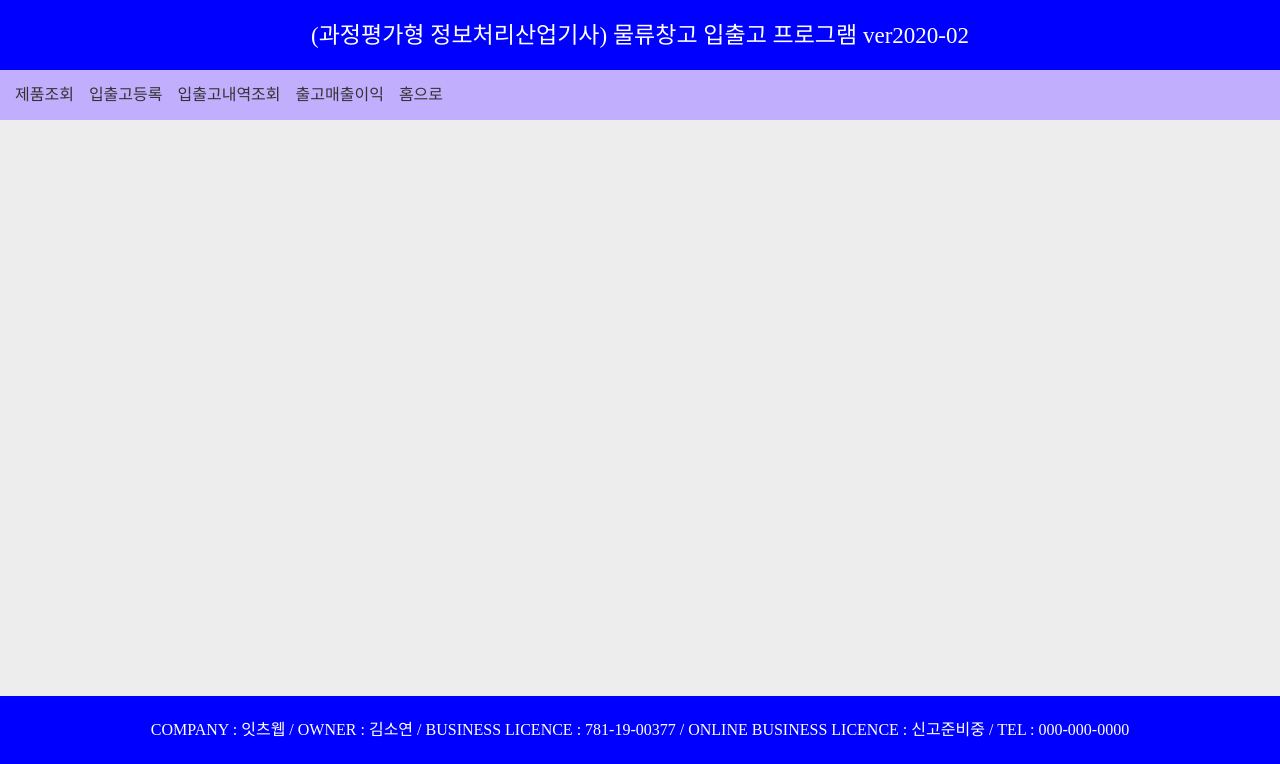
Repository: myeongwoo95/Engineer-Information-Processing
Page: http://localhost/TestProject/saleslist.jsp
The author's editor kept a copy of each file at every save. The page is drawn from the files as they stood at one save, then again after the next save.
The browser window is 1280 px wide. The pictures show the whole page.
The page is served by Tomcat 9. Other server files are loaded and not shown.

Above is the page before, as saved 2021-06-24 14:05:59.

### TestProject/src/main/webapp/saleslist.jsp
<%@ page language="java" contentType="text/html; charset=UTF-8"
    pageEncoding="UTF-8"%>
<!DOCTYPE html>
<html>
<head>
	<meta charset="UTF-8">
    <meta http-equiv="X-UA-Compatible" content="IE=edge">
    <meta name="viewport" content="width=device-width, initial-scale=1.0">

    <link rel="stylesheet" href="css/reset.css">
	<link rel="stylesheet" href="css/common.css">
	<link rel="stylesheet" href="css/main.css">

	<title>출고매출이익</title>
</head>
<body>
	<header class="index-header">
		<h1>(과정평가형 정보처리산업기사) 물류창고 입출고 프로그램 ver2020-02</h1>
		<ul class="index-ul">
			<li><a href="view.do">제품조회</a></li>
			<li><a href="insert.do">입출고등록</a></li>
			<li><a href="inputoutputlist.do">입출고내역조회</a></li>
			<li><a href="saleslist.do">출고매출이익</a></li>
			<li><a href="index.do">홈으로</a></li>
		</ul>
	</header>

	<section class="main-section saleslist-section">
	</section>

	<footer class="index-footer">
		COMPANY : 잇츠웹 / OWNER : 김소연 / BUSINESS LICENCE : 781-19-00377 / ONLINE BUSINESS LICENCE : 신고준비중 / TEL : 000-000-0000
	</footer>

</body>
</html>

### TestProject/src/main/webapp/css/reset.css
@charset "UTF-8";

/* http://meyerweb.com/eric/tools/css/reset/
   v2.0 | 20110126
   License: none (public domain)
*/

html, body, div, span, applet, object, iframe,
h1, h2, h3, h4, h5, h6, p, blockquote, pre,
a, abbr, acronym, address, big, cite, code,
del, dfn, em, img, ins, kbd, q, s, samp,
small, strike, tt, var,
b, u, i, center,
dl, dt, dd, ol, ul, li,
fieldset, form, label, legend,
table, caption, tbody, tfoot, thead, tr, th, td,
article, aside, canvas, details, embed,
figure, figcaption, footer, header, hgroup,
menu, nav, output, ruby, section, summary,
time, mark, audio, video {
    margin: 0;
    padding: 0;
    border: 0;
    font-size: 100%;
    font: inherit;
    vertical-align: baseline;
}

/* HTML5 display-role reset for older browsers */
article, aside, details, figcaption, figure,
footer, header, hgroup, menu, nav, section {
    display: block;
}
body {
    line-height: 1;
}
ol, ul {
    list-style: none;
}
blockquote, q {
    quotes: none;
}
blockquote:before, blockquote:after,
q:before, q:after {
    content: '';
    content: none;
}
table {
    border-collapse: collapse;
    border-spacing: 0;
}

### TestProject/src/main/webapp/css/common.css
/*================================================================
# margin
=================================================================*/
.mr-5 {margin-right: 5px;}
.ml-5 {margin-left: 5px;}
.mt-5 {margin-top: 5px;}
.mb-5 {margin-bottom: 5px;}
.mr-10 {margin-right: 10px;}
.ml-10 {margin-left: 10px;}
.mt-10 {margin-top: 10px;}
.mb-10 {margin-bottom: 10px;}
.mr-15 {margin-right: 15px;}
.ml-15 {margin-left: 15px;}
.mt-15 {margin-top: 15px;}
.mb-15 {margin-bottom: 15px;}
.mr-20 { margin-right: 20px;}
.ml-20 {margin-left: 20px;}
.mt-20 {margin-top: 20px;}
.mb-20 {margin-bottom: 20px;}
.mr-25 {margin-right: 25px;}
.ml-25 {margin-left: 25px;}
.mt-25 {margin-top: 25px;}
.mb-25 {margin-bottom: 25px;}
.mr-30 {margin-right: 30px;}
.ml-30 {margin-left: 30px;}
.mt-30 {margin-top: 30px;}
.mb-30 {margin-bottom: 30px;}
.mr-35 {margin-right: 35px;}
.ml-35 {margin-left: 35px;}
.mt-35 {margin-top: 35px;}
.mb-35 {margin-bottom: 35px;}
.mr-40 {margin-right: 40px;}
.ml-40 {margin-left: 40px;}
.mt-40 {margin-top: 40px;}
.mb-40 {margin-bottom: 40px;}
.mr-45 {margin-right: 45px;}
.ml-45 { margin-left: 45px;}
.mt-45 {margin-top: 45px;}
.mb-45 {margin-bottom: 45px;}
.mr-50 {margin-right: 50px;}
.ml-50 {margin-left: 50px;}
.mt-50 {margin-top: 50px;}
.mb-50 {margin-bottom: 50px;}
.mr-55 {margin-right: 55px;}
.ml-55 {margin-left: 55px;}
.mt-55 {margin-top: 55px;}
.mb-55 {margin-bottom: 55px;}
.mr-60 {margin-right: 60px;}
.ml-60 {margin-left: 60px;}
.mt-60 {margin-top: 60px;}
.mb-60{margin-bottom: 60;}
.mr-65 {margin-right: 65px;}
.ml-65 {margin-left: 65px;}
.mt-65 {margin-top: 65px;}
.mb-65 {margin-bottom: 65px;}
.mr-70 {margin-right: 70px;}
.ml-70 {margin-left: 70px;}
.mt-70 {margin-top: 70px;}
.mb-70 {margin-bottom: 70px;}
.mr-75 {margin-right: 75px;}
.ml-75 {margin-left: 75px;}
.mt-75 {margin-top: 75px;}
.mb-75 {margin-bottom: 75px;}
.mr-80 {margin-right: 80px;}
.ml-80 {margin-left: 80px;}
.mt-80 {margin-top: 80px;}
.mb-80 {margin-bottom: 80px;}
.mr-85 {margin-right: 85px;}
.ml-85 {margin-left: 85px;}
.mt-85 {margin-top:85px;}
.mb-85 {margin-bottom: 85px;}
.mr-90 {margin-right: 90px;}
.ml-90 {margin-left: 90px;}
.mt-90 {margin-top:90px;}
.mb-90 {margin-bottom: 90px;}
.mr-95 {margin-right: 95px;}
.ml-95 {margin-left: 95px;}
.mt-95 {margin-top: 95px;}
.mb-95 {margin-bottom: 95px;}
.mr-100 {margin-right: 100px;}
.ml-100 {margin-left: 100px;}
.mt-100 {margin-top: 100px;}
.mb-100 {margin-bottom: 100px;}
.mr-110 {margin-right: 110px;}
.ml-110 {margin-left: 110px;}
.mt-110 {margin-top:110px;}
.mb-110 {margin-bottom: 110px;}
.mr-120 {margin-right: 120px;}
.ml-120 {margin-left: 120px;}
.mt-120 {margin-top: 120px;}
.mb-120 {margin-bottom: 120px;}
.mr-130 {margin-right: 130px;}
.ml-130 {margin-left: 130px;}
.mt-130 {margin-top: 130px;}
.mb-130 {margin-bottom: 130px;}
.mr-140 {margin-right: 140px;}
.ml-140 {margin-left: 140px;}
.mt-140 {margin-top:140px;}
.mb-140 {margin-bottom: 140px;}
.mr-150 {margin-right: 150px;}
.ml-150 {margin-left: 150px;}
.mt-150 {margin-top: 150px;}
.mb-150 {margin-bottom: 150px;}
.mr-160 {margin-right: 160px;}
.ml-160 {margin-left: 160px;}
.mt-160 {margin-top:160px;}
.mb-160 {margin-bottom: 160px;}
.mr-170 {margin-right: 170px;}
.ml-170 {margin-left: 170px;}
.mt-170 {margin-top:170px;}
.mb-170 {margin-bottom: 170px;}
.mr-180 {margin-right: 180px;}
.ml-180 {margin-left: 180px;}
.mt-180 {margin-top:180px;}
.mb-180 {margin-bottom: 180px;}
.mr-190 {margin-right: 190px;}
.ml-190 {margin-left: 190px;}
.mt-190 {margin-top:190px;}
.mb-190 {margin-bottom: 190px;}
.mr-200 {margin-right: 200px;}
.ml-200 {margin-left: 200px;}
.mt-200 {margin-top:200px;}
.mb-200 {margin-bottom: 200px;}
.mr-210 {margin-right: 210px;}
.ml-210 {margin-left: 210px;}
.mt-210 {margin-top:210px;}
.mb-210 {margin-bottom: 210px;}
.mr-220 {margin-right: 220px;}
.ml-220 {margin-left: 220px;}
.mt-220 {margin-top: 220px;}
.mb-220 {margin-bottom: 220px;}
.mr-230 {margin-right: 230px;}
.ml-230 {margin-left: 230px;}
.mt-230 {margin-top: 230px;}
.mb-230 {margin-bottom: 230px;}
.mr-240 {margin-right: 240px;}
.ml-240 {margin-left: 240px;}
.mt-240 {margin-top: 240px;}
.mb-240 {margin-bottom: 240px;}
.mr-250 {margin-right: 250px;}
.ml-250 {margin-left: 250px;}
.mt-250 {margin-top: 250px;}
.mb-250 {margin-bottom: 250px;}
.mr-260 {margin-right: 260px;}
.ml-260 {margin-left: 260px;}
.mt-260 {margin-top: 260px;}
.mb-260 {margin-bottom: 260px;}
.mr-270 {margin-right: 270px;}
.ml-270 {margin-left: 270px;}
.mt-270 {margin-top: 270px;}
.mb-270 {margin-bottom: 270px;}
.mr-280 {margin-right: 280px;}
.ml-280 {margin-left: 280px;}
.mt-280 {margin-top: 280px;}
.mb-280 {margin-bottom: 280px;}
.mr-290 {margin-right: 290px;}
.ml-290 {margin-left: 290px;}
.mt-290 {margin-top: 290px;}
.mb-290 {margin-bottom: 290px;}
.mr-300 {margin-right: 300px;}
.ml-300 {margin-left: 300px;}
.mt-300 {margin-top: 300px;}
.mb-300 {margin-bottom: 300px;}

/*================================================================
# padding
=================================================================*/
.pr-5 {padding-right: 5px;}
.pl-5 {padding-left: 5px;}
.pt-5 {padding-top: 5px;}
.pb-5 {padding-bottom: 5px;}
.pr-10 {padding-right: 10px;}
.pl-10 {padding-left: 10px;}
.pt-10 {padding-top: 10px;}
.pb-10 {padding-bottom: 10px;}
.pr-15 {padding-right: 15px;}
.pl-15 {padding-left: 15px;}
.pt-15 {padding-top: 15px;}
.pb-15 {padding-bottom: 15px;}
.pr-20 { padding-right: 20px;}
.pl-20 {padding-left: 20px;}
.pt-20 {padding-top: 20px;}
.pb-20 {padding-bottom: 20px;}
.pr-25 {padding-right: 25px;}
.pl-25 {padding-left: 25px;}
.pt-25 {padding-top: 25px;}
.pb-25 {padding-bottom: 25px;}
.pr-30 {padding-right: 30px;}
.pl-30 {padding-left: 30px;}
.pt-30 {padding-top: 30px;}
.pb-30 {padding-bottom: 30px;}
.pr-35 {padding-right: 35px;}
.pl-35 {padding-left: 35px;}
.pt-35 {padding-top: 35px;}
.pb-35 {padding-bottom: 35px;}
.pr-40 {padding-right: 40px;}
.pl-40 {padding-left: 40px;}
.pt-40 {padding-top: 40px;}
.pb-40 {padding-bottom: 40px;}
.pr-45 {padding-right: 45px;}
.pl-45 { padding-left: 45px;}
.pt-45 {padding-top: 45px;}
.pb-45 {padding-bottom: 45px;}
.pr-50 {padding-right: 50px;}
.pl-50 {padding-left: 50px;}
.pt-50 {padding-top: 50px;}
.pb-50 {padding-bottom: 50px;}
.pr-55 {padding-right: 55px;}
.pl-55 {padding-left: 55px;}
.pt-55 {padding-top: 55px;}
.pb-55 {padding-bottom: 55px;}
.pr-60 {padding-right: 60px;}
.pl-60 {padding-left: 60px;}
.pt-60 {padding-top: 60px;}
.pb-60 {padding-bottom: 60;}
.pr-65 {padding-right: 65px;}
.pl-65 {padding-left: 65px;}
.pt-65 {padding-top: 65px;}
.pb-65 {padding-bottom: 65px;}
.pr-70 {padding-right: 70px;}
.pl-70 {padding-left: 70px;}
.pt-70 {padding-top: 70px;}
.pb-70 {padding-bottom: 70px;}
.pr-75 {padding-right: 75px;}
.pl-75 {padding-left: 75px;}
.pt-75 {padding-top: 75px;}
.pb-75 {padding-bottom: 75px;}
.pr-80 {padding-right: 80px;}
.pl-80 {padding-left: 80px;}
.pt-80 {padding-top: 80px;}
.pb-80 {padding-bottom: 80px;}
.pr-85 {padding-right: 85px;}
.pl-85 {padding-left: 85px;}
.pt-85 {padding-top:85px;}
.pb-85 {padding-bottom: 85px;}
.pr-90 {padding-right: 90px;}
.pl-90 {padding-left: 90px;}
.pt-90 {padding-top:90px;}
.pb-90 {padding-bottom: 90px;}
.pr-95 {padding-right: 95px;}
.pl-95 {padding-left: 95px;}
.pt-95 {padding-top: 95px;}
.pb-95 {padding-bottom: 95px;}
.pr-100 {padding-right: 100px;}
.pl-100 {padding-left: 100px;}
.pt-100 {padding-top: 100px;}
.pb-100 {padding-bottom: 100px;}
.pr-110 {padding-right: 110px;}
.pl-110 {padding-left: 110px;}
.pt-110 {padding-top:110px;}
.pb-110 {padding-bottom: 110px;}
.pr-120 {padding-right: 120px;}
.pl-120 {padding-left: 120px;}
.pt-120 {padding-top: 120px;}
.pb-120 {padding-bottom: 120px;}
.pr-130 {padding-right: 130px;}
.pl-130 {padding-left: 130px;}
.pt-130 {padding-top: 130px;}
.pb-130 {padding-bottom: 130px;}
.pr-140 {padding-right: 140px;}
.pl-140 {padding-left: 140px;}
.pt-140 {padding-top:140px;}
.pb-140 {padding-bottom: 140px;}
.pr-150 {padding-right: 150px;}
.pl-150 {padding-left: 150px;}
.pt-150 {padding-top: 150px;}
.pb-150 {padding-bottom: 150px;}
.pr-160 {padding-right: 160px;}
.pl-160 {padding-left: 160px;}
.pt-160 {padding-top:160px;}
.pb-160 {padding-bottom: 160px;}
.pr-170 {padding-right: 170px;}
.pl-170 {padding-left: 170px;}
.pt-170 {padding-top:170px;}
.pb-170 {padding-bottom: 170px;}
.pr-180 {padding-right: 180px;}
.pl-180 {padding-left: 180px;}
.pt-180 {padding-top:180px;}
.pb-180 {padding-bottom: 180px;}
.pr-190 {padding-right: 190px;}
.pl-190 {padding-left: 190px;}
.pt-190 {padding-top:190px;}
.pb-190 {padding-bottom: 190px;}
.pr-200 {padding-right: 200px;}
.pl-200 {padding-left: 200px;}
.pt-200 {padding-top:200px;}
.pb-200 {padding-bottom: 200px;}
.pr-210 {padding-right: 210px;}
.pl-210 {padding-left: 210px;}
.pt-210 {padding-top:210px;}
.pb-210 {padding-bottom: 210px;}
.pr-220 {padding-right: 220px;}
.pl-220 {padding-left: 220px;}
.pt-220 {padding-top: 220px;}
.pb-220 {padding-bottom: 220px;}
.pr-230 {padding-right: 230px;}
.pl-230 {padding-left: 230px;}
.pt-230 {padding-top: 230px;}
.pb-230 {padding-bottom: 230px;}
.pr-240 {padding-right: 240px;}
.pl-240 {padding-left: 240px;}
.pt-240 {padding-top: 240px;}
.pb-240 {padding-bottom: 240px;}
.pr-250 {padding-right: 250px;}
.pl-250 {padding-left: 250px;}
.pt-250 {padding-top: 250px;}
.pb-250 {padding-bottom: 250px;}
.pr-260 {padding-right: 260px;}
.pl-260 {padding-left: 260px;}
.pt-260 {padding-top: 260px;}
.pb-260 {padding-bottom: 260px;}
.pr-270 {padding-right: 270px;}
.pl-270 {padding-left: 270px;}
.pt-270 {padding-top: 270px;}
.pb-270 {padding-bottom: 270px;}
.pr-280 {padding-right: 280px;}
.pl-280 {padding-left: 280px;}
.pt-280 {padding-top: 280px;}
.pb-280 {padding-bottom: 280px;}
.pr-290 {padding-right: 290px;}
.pl-290 {padding-left: 290px;}
.pt-290 {padding-top: 290px;}
.pb-290 {padding-bottom: 290px;}
.pr-300 {padding-right: 300px;}
.pl-300 {padding-left: 300px;}
.pt-300 {padding-top: 300px;}
.pb-300 {padding-bottom: 300px;}

/*================================================================
# clearfix
=================================================================*/
.clearfix::after{
    content: "";
    clear: both;
    display: block;
}
.float--left{
    float: left;
}
.float--right{
    float: right;
}

/*================================================================
# box-sizing
=================================================================*/
*,
*::before,
*::after {
  box-sizing: border-box;
}

/*================================================================
# IR 기법
=================================================================*/
/* 의미있는 이미지의 대체 텍스트를 제공하는 경우 */
/* 의미있는 이미지의 대체 텍스트로 이미지가 없어도 대체 텍스트를 보여주고자 할 때 */
/* 대체 텍스트가 아닌 접근성을 위한 숨김 텍스트를 제공할 때 */
.ir_pm {display: block; overflow: hidden; font-size: 0; line-height: 0; text-indent: -9999px;}
.ir_wa {display: block; overflow: hidden; position: relative; z-index: -1; width: 100%; height: 100%;}
.ir_su {overflow: hidden; position: absolute; width: 0; height: 0; line-height: 0; text-indent: -9999px;}

/*================================================================
# input-text
=================================================================*/
.input--text{
   height: 34px;
   padding: 0 12px;
   border: 1px solid #ddd;
   border-radius: 5px;
   box-sizing: border-box;
   outline: none;
   box-shadow: inset 0 1px 12px rgba(0, 0, 0, 0.075);
   font-size: 16px;
}

.input--text:focus{
    border-color: #51a7e8;
    box-shadow: 0 0 5px rgba(81, 167, 232, 0.5),
                inset 0 1px 12px rgba(0, 0, 0, 0.075);
 }

/* vendor Prefix for input-text*/
.input--text::-webkit-input-placeholder { color: #cacaca }
.input--text::-ms-input-placeholder { color: #cacaca }
.input--text::-moz-input-placeholder { color: #cacaca }

/*================================================================
# text-indent
=================================================================*/
.text-indent5 {text-indent: 5px;}
.text-indent10 {text-indent: 10px;}
.text-indent15 {text-indent: 15px;}
.text-indent20 {text-indent: 20px;}
.text-indent25 {text-indent: 25px;}
.text-indent30 {text-indent: 30px;}
.text-indent35 {text-indent: 35px;}
.text-indent40 {text-indent: 40px;}
.text-indent45 {text-indent: 45px;}
.text-indent50 {text-indent: 50px;}

/*================================================================
# font-weight
=================================================================*/
.fw-400 {font-weight: 400;}
.fw-500 {font-weight: 500;}
.fw-600 {font-weight: 600;}
.fw-700 {font-weight: 700;}
.fw-800 {font-weight: 800;}
.fw-900 {font-weight: 900;}

/*================================================================
# font-size
=================================================================*/
.fz-12 {font-size: 12px;}
.fz-13 {font-size: 13px;}
.fz-14 {font-size: 14px;}
.fz-15 {font-size: 15px;}
.fz-16 {font-size: 16px;}
.fz-17 {font-size: 17px;}
.fz-18 {font-size: 18px;}
.fz-19 {font-size: 19px;}
.fz-20 {font-size: 20px;}
.fz-21 {font-size: 21px;}
.fz-22 {font-size: 22px;}
.fz-23 {font-size: 23px;}
.fz-24 {font-size: 24px;}
.fz-25 {font-size: 25px;}
.fz-26 {font-size: 26px;}
.fz-27 {font-size: 27px;}
.fz-28 {font-size: 28px;}
.fz-29 {font-size: 29px;}
.fz-30 {font-size: 30px;}

### TestProject/src/main/webapp/css/main.css
@charset "UTF-8";

body{
	font-size: 14px;
	font-weight: 400;
}

/*================================================================
# index
=================================================================*/
/* index header */
.index-header h1{
	background: blue;
	height: 70px;
	font-size: 23px;
	display: flex;
	justify-content: center;
	align-items: center;
	color: #fff;
}

.index-header ul{
	background: rgb(193,174,253);
	display: flex;
	height: 50px;
	align-items: center;
}

.index-header ul li {
	margin-left: 15px;
}

.index-header ul li a{
	text-decoration: none;
	color: #333;
	font-size: 16px;
	font-weight: 500;
}

/* index section */
.main-section{
	height: 80vh;
	background: rgb(237,237,237);
}

.index-section h2{
	font-size: 30px;
	color: #333;
	text-align: center;
	padding-top: 50px;
	margin-bottom: 50px;
	font-weight: 800;
}

.index-section p{
	font-size : 15px;
	font-weight: 500;
	margin-left: 10px;
	margin-bottom: 20px;
}

/* index footer */
.index-footer{
	height: 68px;
	background: blue;
	display: flex;
	justify-content: center;
	align-items: center;
	color: white;
	font-size: 16px;
	font-weight: 500;
}

/*================================================================
# view
=================================================================*/
.view-section h1{
	text-align: center;
	font-size: 30px;
	font-weight: 800;
	padding-top: 50px;
	margin-bottom: 50px;
}

.view-section table{
	border: 1px solid #111;
	width: 40%;
	margin: 0 auto;
	padding-top: 50px;
}

.view-section table th{
	text-align: center;
	height: 25px;
	border: 1px solid #111;
	vertical-align: center;
}

.view-section table td{
	text-align: center;
	height: 25px;
	border: 1px solid #111;
	vertical-align: center;
}

/*================================================================
# insert
=================================================================*/
.insert-section h1{
	text-align: center;
	font-size: 30px;
	font-weight: 800;
	padding-top: 50px;
	margin-bottom: 50px;
}

.insert-section table{
	border: 1px solid #111;
	width: 40%;
	margin: 0 auto;
	padding-top: 50px;
}

.insert-section table th{
	text-align: center;
	height: 25px;
	border: 1px solid #111;
	vertical-align: center;
}

.insert-section table td{
	text-align: left;
	height: 25px;
	border: 1px solid #111;
	vertical-align: center;
}

.insert-section .btnlist{
	margin-top:10px;
	display: flex;
	justify-content: center;
}

.insert-section .btnlist input{
	margin-right: 10px;
}

/*================================================================
# inputoutputlist
=================================================================*/

/*================================================================
# saleslist
=================================================================*/

After the next save:
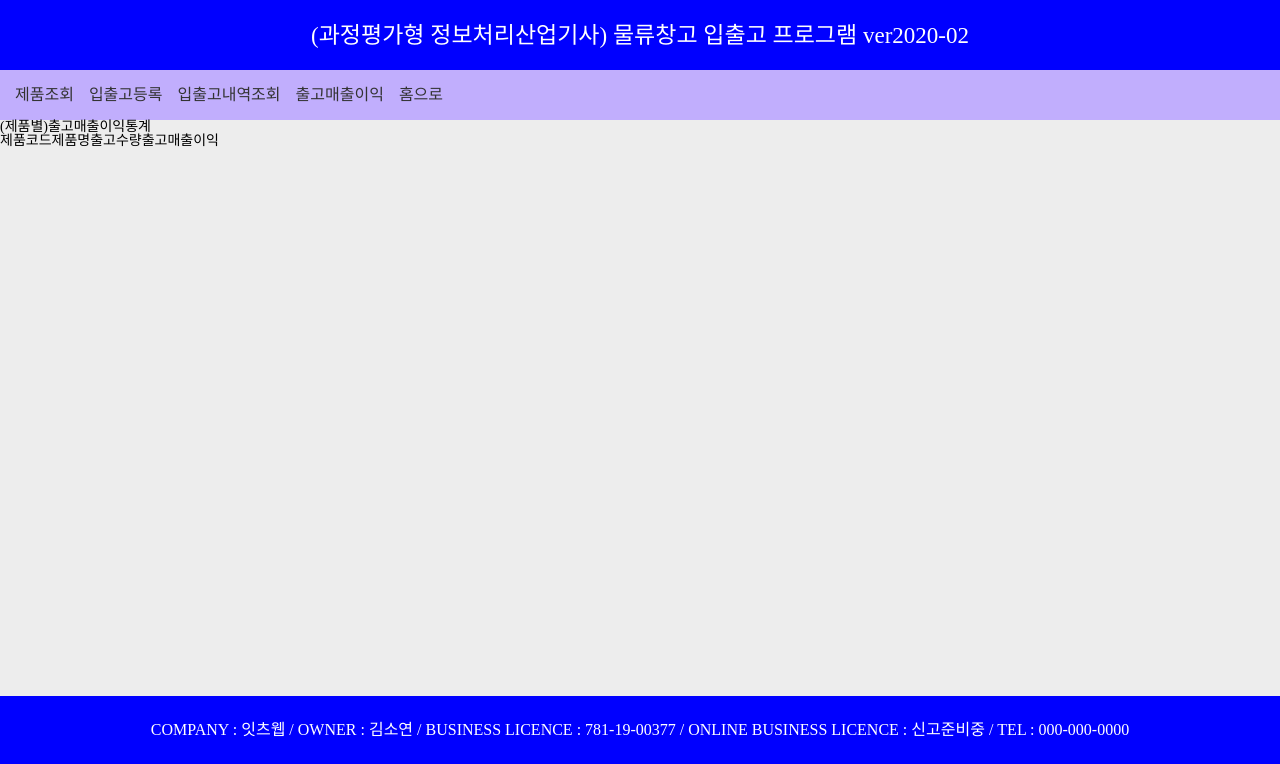
Saved 47 s later.
--- a/TestProject/src/main/webapp/saleslist.jsp
+++ b/TestProject/src/main/webapp/saleslist.jsp
@@ -26,6 +26,16 @@
 	</header>
 
 	<section class="main-section saleslist-section">
+		<h1>(제품별)출고매출이익통계</h1>
+		<table>
+			<tr>
+				<th>제품코드</th>
+				<th>제품명</th>
+				<th>출고수량</th>
+				<th>출고매출이익</th>
+
+			</tr>
+		</table>
 	</section>
 
 	<footer class="index-footer">
